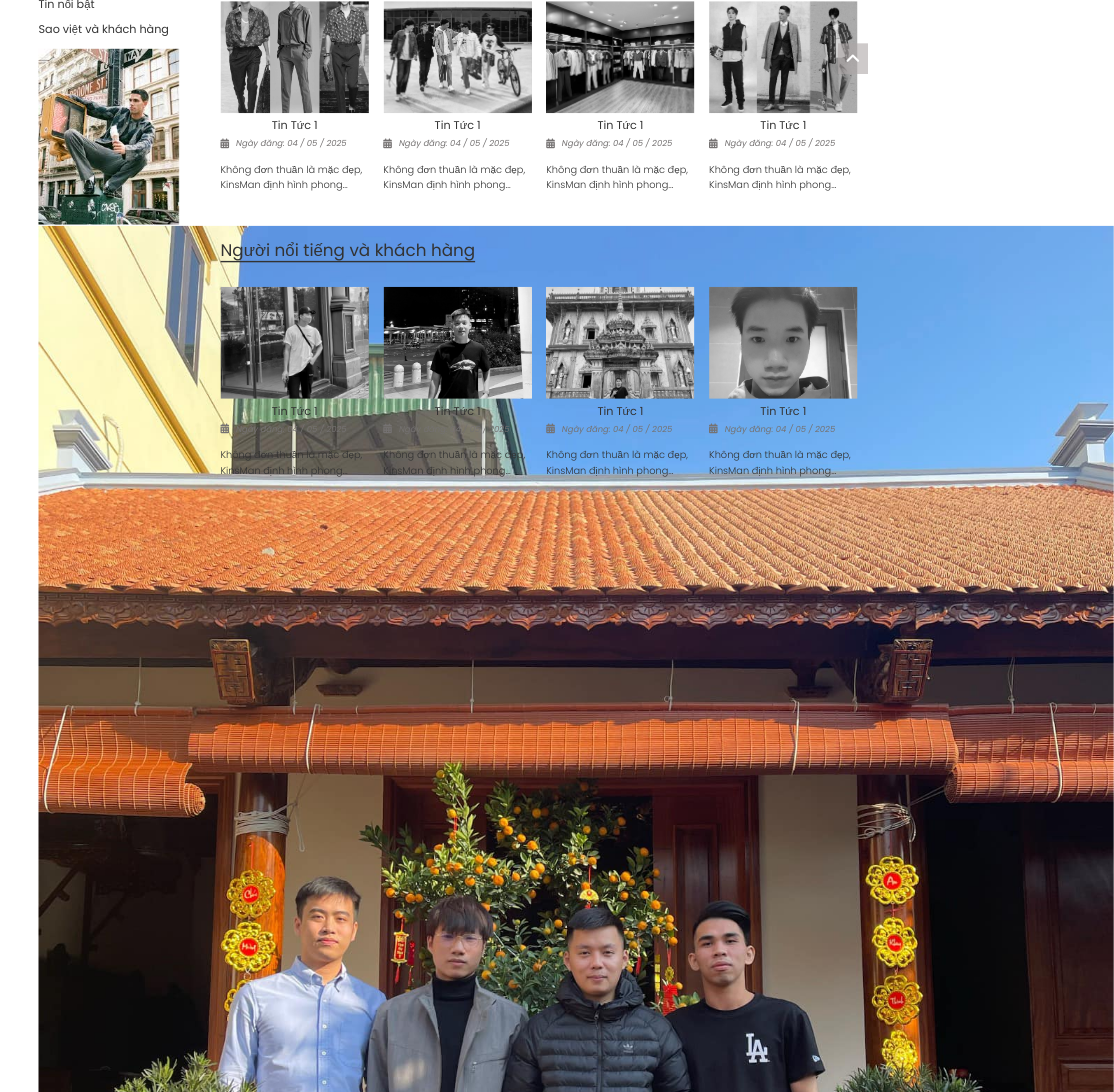
Repository: hoang28092000/kinsmanClothes
Page: category/news.html
An editor plug-in stored every save of this project. The page is shown before and after a run of saves, followed by the edit.
The browser window is 1280 px wide. The page is 1591 px wide, so the pictures cover 1591 px, including what lies to the right of the window. The pictures show the part of the page from y = 554 to 2114 px (the page is 3228 px tall before and 2854 px after), at 70% of full size.

Above is the page before, as saved 2025-05-08 13:02:23.
Console error: TypeError: Cannot read properties of null (reading 'addEventListener')

### category/news.html
<!DOCTYPE html>
<html lang="en">
  <head>
    <meta charset="UTF-8" />
    <meta name="viewport" content="width=device-width, initial-scale=1.0" />
    <link rel="preconnect" href="https://fonts.googleapis.com" />
    <link rel="preconnect" href="https://fonts.gstatic.com" crossorigin />
    <link
      href="https://fonts.googleapis.com/css2?family=Poppins:ital,wght@0,100;0,200;0,300;0,400;0,500;0,600;0,700;0,800;0,900;1,100;1,200;1,300;1,400;1,500;1,600;1,700;1,800;1,900&display=swap"
      rel="stylesheet"
    />
    <link
      rel="stylesheet"
      href="https://cdnjs.cloudflare.com/ajax/libs/font-awesome/6.7.2/css/all.min.css"
      integrity="sha512-Evv84Mr4kqVGRNSgIGL/F/aIDqQb7xQ2vcrdIwxfjThSH8CSR7PBEakCr51Ck+w+/U6swU2Im1vVX0SVk9ABhg=="
      crossorigin="anonymous"
      referrerpolicy="no-referrer"
    />
    <link rel="stylesheet" href="../css/reset.css" />
    <link rel="stylesheet" href="../css/main.css" />
    <link rel="stylesheet" href="../css/product.css" />
    <title>KinsMan-Policy</title>
  </head>
  <body>
    <header class="header">
      <div class="container">
        <div class="content-header">
          <div class="logo">
            <a href="../index.html">
              <img
                src="../asset/logo/logo-kinsmann.svg"
                alt="KinsManClothes Logo"
              />
            </a>
          </div>
          <nav class="nav">
            <ul>
              <li><a href="./product.html">Sản Phẩm</a></li>
              <li><a href="./about-us.html">Giới thiệu</a></li>
              <li><a href="#">Chính Sách</a></li>
              <li><a href="./news.html">Tin tức</a></li>
              <li><a href="./contact.html">Liên hệ</a></li>
            </ul>
          </nav>
          <div class="search-box">
            <input type="text" placeholder="Tìm kiếm sản phẩm..." />
            <button type="submit">Tìm kiếm</button>
          </div>
        </div>
      </div>
    </header>

    <main class="main-news">
      <div class="banner-news">
        <img src="../asset/banner/banner-9.png" alt="" />
      </div>
      <div class="container">
        <h2 class="title-heading title-contact">TIN TỨC</h2>
        <div class="content-news">
          <div class="left">
            <h4>KINSMAN STORE</h4>
            <p>
              <a href="">Tin nổi bật</a>
            </p>
            <p>
              <a href="">Sao việt và khách hàng</a>
            </p>
            <div class="banner-left">
                <img src="../asset/image/md-1.jpg" alt="">

            </div>
            <div class="banner-left">
                <img src="../asset/image/md-2.jpg" alt="">

            </div>
          </div>
          <div class="right">
            <div class="body-news" id="">
              <h3 class="blog-heading">Tin nổi bật</h3>
              <div class="list-news">
                <article class="card-news">
                  <a href="">
                    <div class="img-news">
                        <img src="../asset/image/news-4.png" alt="" />
                    </div>
                    <h3 class="name-news"><a href="">
                        Tin Tức 1
                    </a></h3>
                  </a>
                  <div class="desc">
                    <div class="time-up">
                      <i class="fa-solid fa-calendar-days icon-time"></i>
                      <p class="desc-time">
                        Ngày đăng: 04 / 05 / 2025
                      </p>
                    </div>
                    <p class="desc_card-news">
                        Không đơn thuần là mặc đẹp, KinsMan định hình phong cách mới cho nam giới hiện đại: trẻ trung, khỏe khoắn và luôn sẵn sàng bứt phá. Từ áo thun basic đến sơ mi phối phá cách, mọi thiết kế đều hướng tới sự năng động trong từng chi tiết. Đặc biệt phù hợp với những chàng trai thích sự đơn giản nhưng vẫn “ăn điểm” trước đám đông.
                    </p>
                  </div>
                </article>
                <article class="card-news">
                  <a href="">
                    <div class="img-news">
                        <img src="../asset/image/news-2.webp" alt="" />
                    </div>
                    <h3 class="name-news"><a href="">
                        Tin Tức 1
                    </a></h3>
                  </a>
                  <div class="desc">
                    <div class="time-up">
                      <i class="fa-solid fa-calendar-days icon-time"></i>
                      <p class="desc-time">
                        Ngày đăng: 04 / 05 / 2025
                      </p>
                    </div>
                    <p class="desc_card-news">
                        Không đơn thuần là mặc đẹp, KinsMan định hình phong cách mới cho nam giới hiện đại: trẻ trung, khỏe khoắn và luôn sẵn sàng bứt phá. Từ áo thun basic đến sơ mi phối phá cách, mọi thiết kế đều hướng tới sự năng động trong từng chi tiết. Đặc biệt phù hợp với những chàng trai thích sự đơn giản nhưng vẫn “ăn điểm” trước đám đông.
                    </p>
                  </div>
                </article>
                <article class="card-news">
                  <a href="">
                    <div class="img-news">
                        <img src="../asset/image/news-3.jpg" alt="" />
                    </div>
                    <h3 class="name-news"><a href="">
                        Tin Tức 1
                    </a></h3>
                  </a>
                  <div class="desc">
                    <div class="time-up">
                      <i class="fa-solid fa-calendar-days icon-time"></i>
                      <p class="desc-time">
                        Ngày đăng: 04 / 05 / 2025
                      </p>
                    </div>
                    <p class="desc_card-news">
                        Không đơn thuần là mặc đẹp, KinsMan định hình phong cách mới cho nam giới hiện đại: trẻ trung, khỏe khoắn và luôn sẵn sàng bứt phá. Từ áo thun basic đến sơ mi phối phá cách, mọi thiết kế đều hướng tới sự năng động trong từng chi tiết. Đặc biệt phù hợp với những chàng trai thích sự đơn giản nhưng vẫn “ăn điểm” trước đám đông.
                    </p>
                  </div>
                </article>
                <article class="card-news">
                  <a href="">
                    <div class="img-news">
                        <img src="../asset/image/news-1.jpeg" alt="" />
                    </div>
                    <h3 class="name-news"><a href="">
                        Tin Tức 1
                    </a></h3>
                  </a>
                  <div class="desc">
                    <div class="time-up">
                      <i class="fa-solid fa-calendar-days icon-time"></i>
                      <p class="desc-time">
                        Ngày đăng: 04 / 05 / 2025
                      </p>
                    </div>
                    <p class="desc_card-news">
                        Không đơn thuần là mặc đẹp, KinsMan định hình phong cách mới cho nam giới hiện đại: trẻ trung, khỏe khoắn và luôn sẵn sàng bứt phá. Từ áo thun basic đến sơ mi phối phá cách, mọi thiết kế đều hướng tới sự năng động trong từng chi tiết. Đặc biệt phù hợp với những chàng trai thích sự đơn giản nhưng vẫn “ăn điểm” trước đám đông.
                    </p>
                  </div>
                </article>


              </div>
            </div>
            <div class="body-news" id="list-human">
              <h3 class="blog-heading">Người nổi tiếng và khách hàng</h3>
              <div class="list-news">
                <article class="card-news">
                  <a href="">
                    <div class="img-news">
                        <img src="../asset/image/celep-1.jpg" alt="" />
                    </div>
                    <h3 class="name-news"><a href="">
                        Tin Tức 1
                    </a></h3>
                  </a>
                  <div class="desc">
                    <div class="time-up">
                      <i class="fa-solid fa-calendar-days icon-time"></i>
                      <p class="desc-time">
                        Ngày đăng: 04 / 05 / 2025
                      </p>
                    </div>
                    <p class="desc_card-news">
                        Không đơn thuần là mặc đẹp, KinsMan định hình phong cách mới cho nam giới hiện đại: trẻ trung, khỏe khoắn và luôn sẵn sàng bứt phá. Từ áo thun basic đến sơ mi phối phá cách, mọi thiết kế đều hướng tới sự năng động trong từng chi tiết. Đặc biệt phù hợp với những chàng trai thích sự đơn giản nhưng vẫn “ăn điểm” trước đám đông.
                    </p>
                  </div>
                </article>
                <article class="card-news">
                  <a href="">
                    <div class="img-news">
                        <img src="../asset/image/celep-3.jpg" alt="" />
                    </div>
                    <h3 class="name-news"><a href="">
                        Tin Tức 1
                    </a></h3>
                  </a>
                  <div class="desc">
                    <div class="time-up">
                      <i class="fa-solid fa-calendar-days icon-time"></i>
                      <p class="desc-time">
                        Ngày đăng: 04 / 05 / 2025
                      </p>
                    </div>
                    <p class="desc_card-news">
                        Không đơn thuần là mặc đẹp, KinsMan định hình phong cách mới cho nam giới hiện đại: trẻ trung, khỏe khoắn và luôn sẵn sàng bứt phá. Từ áo thun basic đến sơ mi phối phá cách, mọi thiết kế đều hướng tới sự năng động trong từng chi tiết. Đặc biệt phù hợp với những chàng trai thích sự đơn giản nhưng vẫn “ăn điểm” trước đám đông.
                    </p>
                  </div>
                </article>
                <article class="card-news">
                  <a href="">
                    <div class="img-news">
                        <img src="../asset/image/celep-5.jpg" alt="" />
                    </div>
                    <h3 class="name-news"><a href="">
                        Tin Tức 1
                    </a></h3>
                  </a>
                  <div class="desc">
                    <div class="time-up">
                      <i class="fa-solid fa-calendar-days icon-time"></i>
                      <p class="desc-time">
                        Ngày đăng: 04 / 05 / 2025
                      </p>
                    </div>
                    <p class="desc_card-news">
                        Không đơn thuần là mặc đẹp, KinsMan định hình phong cách mới cho nam giới hiện đại: trẻ trung, khỏe khoắn và luôn sẵn sàng bứt phá. Từ áo thun basic đến sơ mi phối phá cách, mọi thiết kế đều hướng tới sự năng động trong từng chi tiết. Đặc biệt phù hợp với những chàng trai thích sự đơn giản nhưng vẫn “ăn điểm” trước đám đông.
                    </p>
                  </div>
                </article>
                <article class="card-news">
                  <a href="">
                    <div class="img-news">
                        <img src="../asset/image/celep-7.jpg" alt="" />
                    </div>
                    <h3 class="name-news"><a href="">
                        Tin Tức 1
                    </a></h3>
                  </a>
                  <div class="desc">
                    <div class="time-up">
                      <i class="fa-solid fa-calendar-days icon-time"></i>
                      <p class="desc-time">
                        Ngày đăng: 04 / 05 / 2025
                      </p>
                    </div>
                    <p class="desc_card-news">
                        Không đơn thuần là mặc đẹp, KinsMan định hình phong cách mới cho nam giới hiện đại: trẻ trung, khỏe khoắn và luôn sẵn sàng bứt phá. Từ áo thun basic đến sơ mi phối phá cách, mọi thiết kế đều hướng tới sự năng động trong từng chi tiết. Đặc biệt phù hợp với những chàng trai thích sự đơn giản nhưng vẫn “ăn điểm” trước đám đông.
                    </p>
                  </div>
                </article>


              </div>
            </div>
          </div>
        </div>
      </div>
    </main>
    <footer class="footer">
      <div class="content-footer">
        <ul class="info-footer">
          <li class="contact-footer">
            <i class="fa-solid fa-phone icon-footer"></i>
            <p>: 0968 026 400</p>
          </li>
          <li class="contact-footer">
            <i class="fa-solid fa-envelope icon-footer"></i>
            <p>: hvu6097@gmail.com</p>
          </li>
        </ul>
        <ul class="info-footer">
          <li class="title-footer">GIỚI THIỆU</li>
          <li>
            <a href="./about-us.html"> Hệ thống cửa hàng </a>
          </li>
          <li>
            <a href="#"> Sản phẩm </a>
          </li>
        </ul>
        <ul class="info-footer">
          <li class="title-footer">CHƯƠNG TRÌNH & CHÍNH SÁCH</li>
          <li>
            <a href="./policy.html">Chương trình ưu đãi</a>
          </li>
          <li>
            <a href="./policy.html">Chính sách bảo hành</a>
          </li>
          <li>
            <a href="./policy.html">Chính sách đổi hàng</a>
          </li>
          <li>
            <a href="./policy.html">Chính sách bảo mật</a>
          </li>
          <li>
            <a href="./policy.html">Quy định thanh toán</a>
          </li>
        </ul>
        <ul class="info-footer">
          <li class="title-footer">TIN TỨC</li>
          <li>
            <a href="./news.html">Tin nổi bật</a>
          </li>
          <li>
            <a href="./news.html">Sao Việt và Khách hàng</a>
          </li>
        </ul>
        <ul class="footer-social">
          <li class="title-footer">Theo dõi KinsMan trên mạng xã hội</li>
          <li class="links-social">
            <a href="https://www.facebook.com/profile.php?id=100008725181742">
              <i class="fa-brands fa-square-facebook icon-social"></i>
            </a>
            <a href="https://www.instagram.com/hoagkins/"
              ><i class="fa-brands fa-square-instagram icon-social"></i
            ></a>
            <a href="zalo.me/0968026400"
              ><img
                src="../asset/icon/icon-zalo2.png"
                class="img-zalo"
                alt="ZALO"
            /></a>
            <a href="https://x.com/kinsman2809"
              ><i class="fa-brands fa-square-x-twitter icon-social"></i
            ></a>
          </li>
        </ul>
      </div>
      <div class="copy_right">
        <h3>Copyrights © 2025 by hoangVu.</h3>
      </div>
    </footer>

    <div class="up-page">
      <a href="#"><i class="fa-solid fa-angle-up icon-up"></i></a>
    </div>

    <script src="./js/main.js"></script>
  </body>
</html>

### css/product.css
.main-product {
  margin-top: 80px;
}
.banner-product {
  width: 100%;
  height: 250px;
}
.banner-product img {
  width: 100%;
  height: 100%;
}
.category-product {
  margin-bottom: 70px;
}

.list-product {
  display: flex;
  justify-content: space-between;
  align-items: center;
  gap: 30px;
}
.product-link {
  text-decoration: none;
}
.product-card {
  width: 288px;
}
.img-product {
  width: 100%;
  height: 290px;
  overflow: hidden;
}
.img-product img {
  width: 100%;
  height: 100%;
  transition: transform 0.3s ease;
}
.img-product img:hover {
  transform: scale(1.1);
}
.info-card {
  padding: 10px 20px;
}
.info-card h3 {
  text-align: center;
  font-size: 1.6rem;
  color: var(--text-color);
}
.price {
  font-size: 1.4rem;
  color: var(--primary-color);
  font-weight: 600;
  text-align: center;
  margin-top: 8px;
}
.more-product {
  width: 160px;
  height: 40px;
  display: flex;
  justify-content: center;
  align-items: center;
  margin: 30px auto 0;
  background-color: #333;
  color: #fff;
  text-decoration: none;
  font-size: 1.4rem;
  border: 1px solid #333;
  transition: all 0.7s ease;
  border-radius: 5px;
}
.more-product:hover {
  background-color: #fff;
  color: #333;
}
.banner-main_second {
  width: 100%;
  height: 250px;
}

.banner-main_second img {
  width: 100%;
  height: 100%;
}

/* main_about-us */
.main-news,
.main-contact,
.main-policy,
.main_about-us {
  margin-top: 120px;
}
.content-policy .passage,
.content_about-us .passage {
  margin-bottom: 32px;
}
.content-policy h3,
.content_about-us h3 {
  font-size: 1.8rem;
  font-weight: 500;
  color: var(--text-color);
  line-height: 1.76;
  margin-bottom: 12px;
}
.content-policy p,
.content_about-us p {
  font-size: 1.6rem;
  color: #333;
  line-height: 1.85;
  margin-bottom: 10px;
  text-align: justify;
}

.map {
  position: relative;
  width: 100%;
  height: 400px;
  margin-top: 40px;
}
.map a {
  text-decoration: none;
}
.map img {
  width: 100%;
  height: 100%;
  object-fit: cover;
}
.overlay-map {
  position: absolute;
  top: 0;
  bottom: 0;
  right: 0;
  left: 0;
  display: none;
  background-color: rgba(73, 71, 71, 0.4);
}
.overlay-map h3 {
  font-size: 2.8rem;
  color: #fff;
}

.map:hover .overlay-map {
  display: flex;
  justify-content: center;
  align-items: center;
}

/* policy */
.content-policy ul {
  padding-left: 30px;
  list-style-type: disc;
}
.content-policy li {
  font-size: 1.6rem;
  color: #333;
  margin-bottom: 16px;
}
/* contact */
.banner-contact {
  width: 100%;
  height: 250px;
}
.banner-contact img {
  width: 100%;
  height: 100%;
  object-fit: cover;
}
.content-contact {
  margin-top: 70px;
}
.info-contact {
  display: flex;
  justify-content: space-between;
  align-items: center;
  gap: 60px;
}
.info-contact .left,
.info-contact .right {
  width: 550px;
}
.info-contact .left {
  padding: 20px 0;
}
.item-contact {
  display: flex;
  align-items: center;
  gap: 10px;
  margin-bottom: 20px;
}
.item-contact:last-child {
  margin-bottom: 0;
}
.item-contact i {
  font-size: 1.6rem;
  color: #333;
}
.item-contact p {
  font-size: 1.6rem;
  font-weight: 300;
  color: #333;
}

.info-contact .right img {
  width: 100%;
}
.map-contact {
  height: 250px;
}
.title-contact {
  text-align: start;
  margin-bottom: 30px;
}

/* news */
.banner-news {
  width: 100%;
  height: 250px;
  margin-bottom: 60px;
}
.banner-news img {
  width: 100%;
  height: 100%;
  object-fit: cover;
}
.content-news {
  display: flex;
  justify-content: space-between;
}
.content-news .left {
  width: 220px;
}

.content-news .left h4 {
  width: 100%;
  font-size: 2rem;
  color: #fff;
  font-weight: 700;
  background-color: #333;
  padding: 10px 20px;
  margin-bottom: 20px;
}
.content-news .left p {
  margin-bottom: 20px;
}
.content-news .left a {
  text-decoration: none;
  font-size: 1.6rem;
  color: #333;
}
.content-news .left a:hover {
  text-decoration: underline;
}

.content-news .right {
  flex: 1;
  margin-left: 40px;
}
.blog-heading {
  font-size: 2.4rem;
  color: #333;
  text-decoration: underline;
  text-underline-offset: 7px;
  text-decoration-thickness: 2px;
  margin-bottom: 40px;
}
.list-news {
  display: grid;
  grid-template-columns: repeat(4, 212px);
  gap: 20px;
}
.list-news .card-news {
  width: 100%;
}

.list-news .img-news {
  width: 100%;
  height: 160px;
  overflow: hidden;
}
.list-news .img-news img {
  width: 100%;
  height: 100%;
  object-fit: cover;
  transition: transform 0.3s ease;
}
.list-news .img-news img:hover {
  transform: scale(1.1);
}
.name-news {
  text-align: center;
  padding: 10px;
}
.name-news a {
  font-size: 1.6rem;
  color: #333;
  text-decoration: none;
}

.name-news a:hover {
  color: var(--primary-color);
}
.time-up {
  display: flex;
  align-items: center;
  gap: 10px;
  margin-bottom: 20px;
}
.icon-time {
  font-size: 1.4rem;
  color: #757272;
}
.desc-time {
  font-style: italic;
  color: #757272;
  font-size: 1.2rem;
}
.desc_card-news {
  display: -webkit-box;
  -webkit-line-clamp: 2;
  -webkit-box-orient: vertical;
  overflow: hidden;
  text-overflow: ellipsis;
  font-size: 1.4rem;
  color: #333;
  font-weight: 300;
  line-height: 1.57;
}

#list-human{
  margin-top: 70px;
}
.content-news .banner-left{
  width: 100%;
  h
}

Loaded but not shown: css/reset.css (common file); js/main.js (19 lines, source omitted); css/main.css (480 lines, source omitted)

After the next 3 saves:
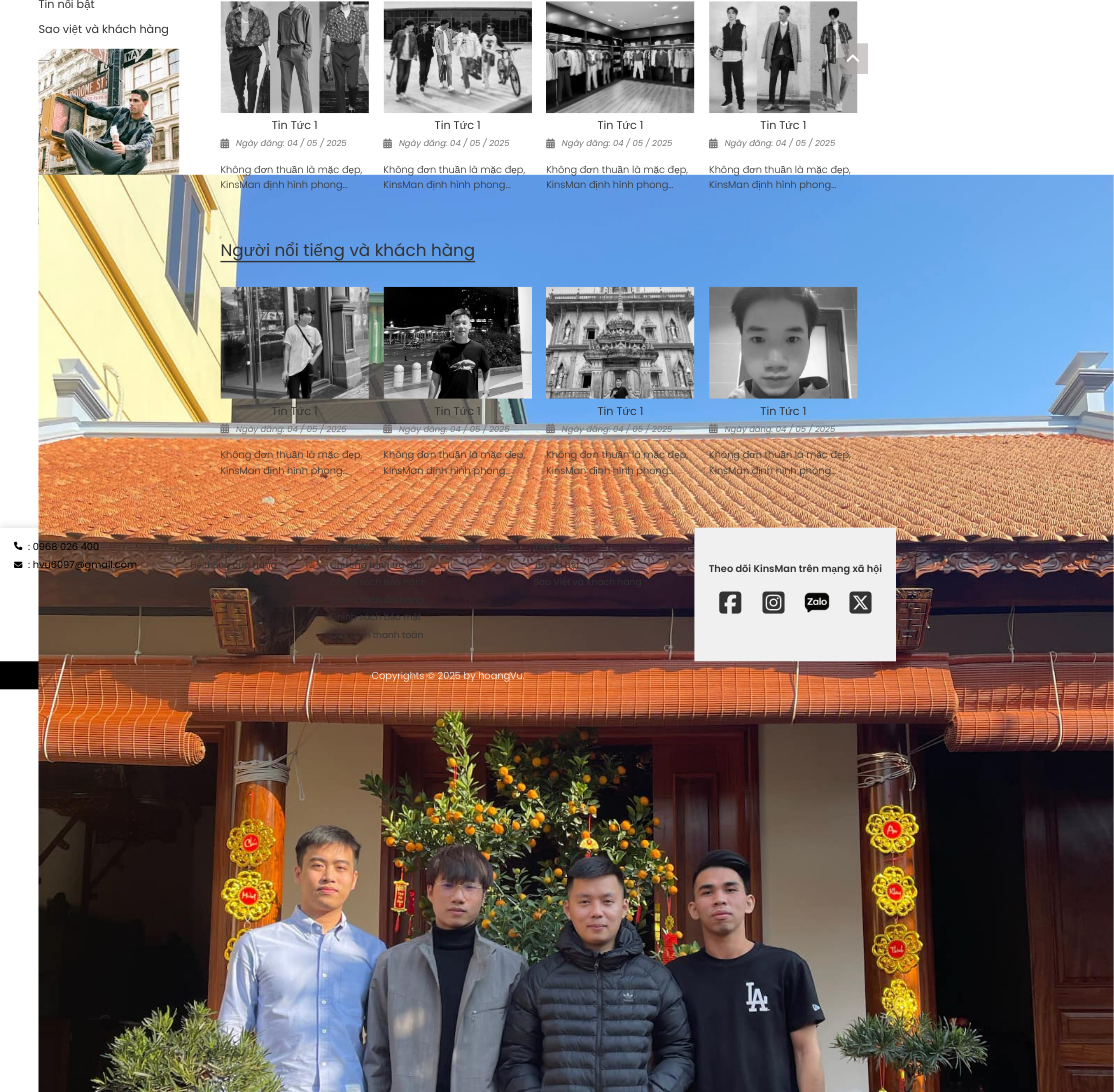
The 3 saves are shown as one change because they came seconds apart.
The last was saved 9 s later.
--- a/css/product.css
+++ b/css/product.css
@@ -330,5 +330,5 @@
 }
 .content-news .banner-left{
   width: 100%;
-  h
-}
+  height: 180px;
+}
